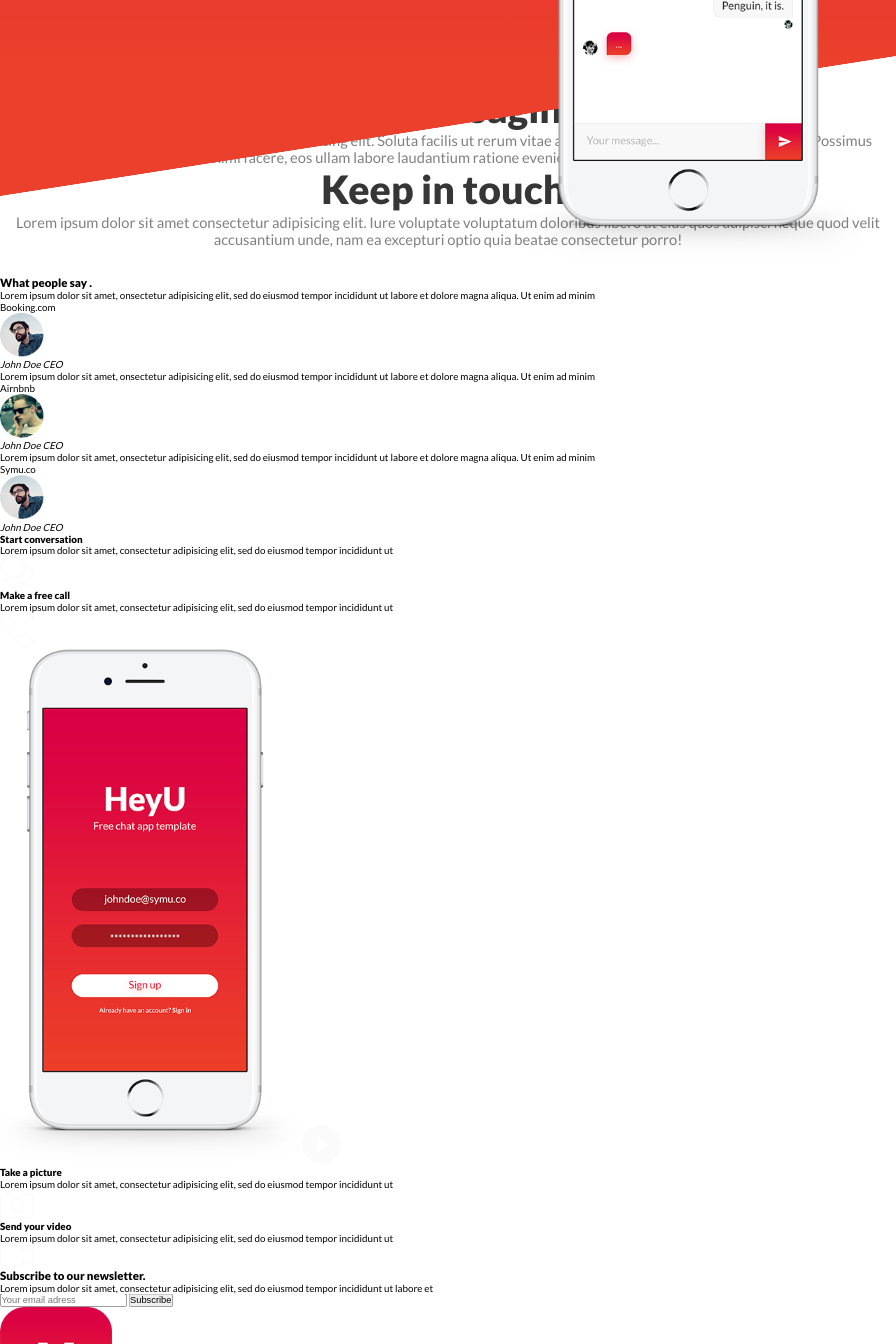
Repository: baumanmilosz/heyu
Page: index.html
An editor plug-in stored every save of this project. The page is shown before and after the next save, followed by the edit.
The browser window is 1280 px wide. The pictures show the part of the page from y = 830 to 2750 px (the page is 3046 px tall before and 3076 px after), at 70% of full size.
Some web libraries are served in a nearby version. The style sheet was rebuilt from its Sass, Less or Tailwind sources for each picture, by a compiler version that may differ from the author's.

Above is the page before, as saved 2019-04-12 15:08:43.

### index.html
<!DOCTYPE html>
<html lang="en">

<head>
  <meta charset="UTF-8">
  <meta name="viewport" content="width=device-width, initial-scale=1.0">
  <meta http-equiv="X-UA-Compatible" content="ie=edge">
  <title>HeyU Landing Page</title>
  <link rel="stylesheet" href="https://use.fontawesome.com/releases/v5.8.1/css/all.css"
    integrity="sha384-50oBUHEmvpQ+1lW4y57PTFmhCaXp0ML5d60M1M7uH2+nqUivzIebhndOJK28anvf" crossorigin="anonymous">
  <link href="https://fonts.googleapis.com/css?family=Lato:400,900" rel="stylesheet">
  <link rel="stylesheet" href="./src/css/style.css">

</head>

<body>
  <header class="page-header">
    <nav class="page-nav">
      <h1 class="page-nav__title"><a class="page-nav__link" href="">HeyU</a></h1>
      <button type="button" class="page-nav__btn" href=""><i class="page-nav__icon fas fa-bars"></i></button>
      <ul class="page-nav__list">
        <li class="page-nav__item"><a class="page-nav__link" href="">About</a></li>
        <li class="page-nav__item"><a class="page-nav__link" href="">Faq</a></li>
        <li class="page-nav__item"><a class="page-nav__link" href="">Support</a></li>
        <li class="page-nav__item"><a class="page-nav__link" href="">Blog</a></li>
      </ul>
    </nav>
    <div class="page-hero">
      <div class="slogan">
        <h2 class="page-hero__title">Simple, safe <span class="page-hero__linebreak"> & beautiful.</span></h2>
        <p class="page-hero__description">With <span class="page-hero__highlight">HeyU</span>, you'll get fast, simple,
          secure messaging!</p>
        <button class="page-hero__btn"><span class="page-hero__text">Download now</span></button>
      </div>
      <div class="picture-wrapper">
        <img class="picture" src="./assets/phone.png" alt="">
      </div>
    </div>
  </header>
  <section class="app-description">
    <div class="wrapper">
      <div class="app-feature">
        <div class="feature-img-wrapper">
          <img class="messages-img" src="./assets/messages.png" alt="">
          <img class="converstion-img" src="./assets/conversation.png" alt="">
        </div>
        <div class="app-feature-description">
          <h3 class="app-feature__title">Easy Messaging<span class="dot">.</span></h3>
          <p class="app-feature__text">Lorem ipsum dolor sit amet consectetur adipisicing elit. Soluta facilis ut rerum
            vitae at blanditiis dolore ratione quam labore. Possimus animi facere, eos ullam labore laudantium ratione
            eveniet neque assumenda.</p>
        </div>
      </div>
      <div class="app-feature">
        <div class="feature-img-wrapper">
          <img class="contact-img" src="./assets/contacts.png" alt="">
          <img class="group-img" src="./assets/groups.png" alt="">
        </div>
        <div class="app-feature-description">
          <h3 class="app-feature__title">Keep in touch<span class="dot">.</span></h3>
          <p class="app-feature__text">Lorem ipsum dolor sit amet consectetur adipisicing elit. Iure voluptate
            voluptatum doloribus libero at eius quos adipisci neque quod velit accusantium unde, nam ea excepturi optio
            quia beatae consectetur porro!</p>
        </div>
      </div>
    </div>
  </section>
  <section class="reviews">
    <div class="wrapper">
      <h3 class="reviews-title">What people say <span class="dot">.</span></h3>
      <div class="reviews-wrapper">
        <div class="comment-box">
          <blockquote class="comment">
            <p class="comment__text">Lorem ipsum dolor sit amet, onsectetur adipisicing elit, sed do eiusmod tempor
              incididunt ut labore et dolore magna aliqua. Ut enim ad minim
            </p>
            <p class="topic">Booking.com</p>
          </blockquote>
          <cite class="author">
            <div class="avatar">
              <img src="./assets/avatar1.png" alt="User">
              <p class="avatar_name">John Doe <span class="avatar_profession">CEO</span></p>
            </div>
          </cite>
        </div>
        <div class="comment-box">
          <blockquote class="comment">
            <p class="comment__text">Lorem ipsum dolor sit amet, onsectetur adipisicing elit, sed do eiusmod tempor
              incididunt ut labore et dolore magna aliqua. Ut enim ad minim</p>
            <p class="comment__company">Airnbnb</p>
          </blockquote>
          <cite class="author">
            <div class="avatar">
              <img src="./assets/avatar2.png" alt="User">
              <p class="avatar_name">John Doe <span class="avatar_profession">CEO</span></p>
            </div>
          </cite>
        </div>
        <div class="comment-box">
          <blockquote class="comment">
            <p class="comment__text">Lorem ipsum dolor sit amet, onsectetur adipisicing elit, sed do eiusmod tempor
              incididunt ut labore et dolore magna aliqua. Ut enim ad minim</p>
            <p class="comment__company">Symu.co</p>
          </blockquote>
          <cite class="author">
            <div class="avatar">
              <img src="./assets/avatar1.png" alt="User">
              <p class="avatar_name">John Doe <span class="avatar_profession">CEO</span></p>
            </div>
          </cite>
        </div>
      </div>
    </div>
  </section>
  <section class="overview">
    <div class="wrapper">
      <div class="feature">
        <h4 class="feature__title">Start conversation</h4>
        <p class="feature__description">Lorem ipsum dolor sit amet, consectetur adipisicing elit, sed do eiusmod tempor
          incididunt ut</p>
        <img class="feature__icon" src="./assets/message-icon.png" alt="">
      </div>
      <div class="feature">
        <h4 class="feature__title">Make a free call</h4>
        <p class="feature__description">Lorem ipsum dolor sit amet, consectetur adipisicing elit, sed do eiusmod tempor
          incididunt ut</p>
        <img class="feature__icon" src="./assets/phone-icon.png" alt="">
      </div>
      <div class="phone-wrapper">
        <img class="phone" src="./assets/phone-gradient.png" alt="">
        <img class="play-icon" src="./assets/play-icon.png" alt="">
      </div>
      <div class="feature">
        <h4 class="feature__title">Take a picture</h4>
        <p class="feature__description">Lorem ipsum dolor sit amet, consectetur adipisicing elit, sed do eiusmod tempor
          incididunt ut</p>
        <img class="feature__icon" src="./assets/camera-icon.png" alt="">
      </div>
      <div class="feature">
        <h4 class="feature__title">Send your video</h4>
        <p class="feature__description">Lorem ipsum dolor sit amet, consectetur adipisicing elit, sed do eiusmod tempor
          incididunt ut</p>
        <img class="feature__icon" src="./assets/video-icon.png" alt="">
      </div>
    </div>
  </section>
  <section class="newsletter">
    <div class="wrapper">
      <h3 class="newsletter__title">Subscribe to our newsletter<span class="dot">.</span></h3>
      <p class="newsletter__text">Lorem ipsum dolor sit amet, consectetur adipisicing elit, sed do eiusmod tempor
        incididunt ut labore et</p>
      <form action="" class="from">
        <input type="text" class="form__input" placeholder="Your email adress">
        <button type="submit" class="form__btn">Subscribe</button>
      </form>
    </div>
  </section>
  <section class="download-app">
    <div class="wrapper">
      <img class="app-logo" src="./assets/app-icon.png" alt="">
      <h3 class="download-app__title">Download the app <span class="dot">.</span></h3>
      <img class="appstore-icon" src="./assets/appstore.png" alt="">
    </div>
  </section>
  <footer class="page-footer">
    <nav class="footer-nav">
      <ul class="footer-nav__list">
        <li class="footer-nav__element"><a class="footer-nav__link" href="">About</a></li>
        <li class="footer-nav__element"><a class="footer-nav__link" href="">Faq</a></li>
        <li class="footer-nav__element"><a class="footer-nav__link" href="">Support</a></li>
        <li class="footer-nav__element"><a class="footer-nav__link" href="">Blog</a></li>
        <li class="footer-nav__element"><a class="footer-nav__link" href="">Download</a></li>
      </ul>
    </nav>
    <form action="" class="footer-form">
      <label for="lang-select">
        <select id="lang-select">
          <option value="English">English</option>
        </select>
      </label>
    </form>
  </footer>

  <script src="./src/js/main.js"></script>
</body>

</html>

### src/js/main.js
const hamburger = document.querySelector('.page-nav__btn');
const nav = document.querySelector('.page-nav');

hamburger.addEventListener('click', () => {
  nav.classList.toggle('opened');
  if (!nav.classList.contains('opened')) {
    nav.style.animation = 'close 1s 1 both ease';

  } else if (nav.classList.contains('opened')) {
    nav.style.animation = 'open 1s 1 both ease';
  }
})

### src/scss/style.scss
@import './variables';
@import './mixins';

:root {
  --closed-nav-height: 36px;
  --opened-nav-height: 246px;
}

* {
  margin: 0;
  padding: 0;
  box-sizing: border-box;
}

// MOBILE
html {
  font-size: 10px;
  font-family: $lato-font-family;
  overflow-x: hidden;

  body {
    overflow-x: hidden;

    .page-header {
      padding: 20px 20px 50px;
      background-image: $main-gradient;


      .page-nav {
        display: grid;
        grid-template-columns: auto auto;
        height: var(--closed-nav-height);

        @keyframes close {
          from {
            height: var(--opened-nav-height);
          }

          to {
            height: var(--closed-nav-height);
          }
        }

        .page-nav__title {
          font-size: 3rem;

          .page-nav__link {
            text-decoration: none;
            color: $white-color;
          }
        }

        .page-nav__btn {
          justify-self: end;
          align-self: center;
          background: none;
          border: none;
          cursor: pointer;

          .page-nav__icon {
            color: $white-color;
            font-size: 3.5rem;
          }
        }

        .page-nav__list {
          grid-column: 1/-1;
          display: grid;
          grid-template-rows: repeat(4, 50px);
          margin-top: 10px;
          list-style: none;
          overflow: hidden;

          .page-nav__item {
            display: grid;

            .page-nav__link {
              width: 100%;
              align-self: stretch;
              display: grid;
              align-items: center;
              justify-items: center;
              font-size: 1.6rem;
              color: $white-color;
              text-decoration: none;
              text-transform: uppercase;
              border-bottom: 1px solid $white-color;
            }
          }
        }
      }

      .page-nav.opened {}

      @keyframes open {
        from {
          height: var(--closed-nav-height);
        }

        to {
          height: var(--opened-nav-height);
        }
      }

      .page-nav.opened .page-nav__list {
        display: grid;
      }

      .page-hero {
        text-align: center;
        color: $white-color;

        .slogan {

          .page-hero__title {
            padding: 40px 0;
            font-size: 3rem;
            letter-spacing: $h2-letter-spacing;

            .page-hero__linebreak {
              display: block;
            }
          }

          .page-hero__description {
            margin: 0 0 30px 0;
            font-size: 1.5rem;
            line-height: 2rem;

            .page-hero__highlight {
              font-weight: bold
            }
          }

          .page-hero__btn {
            padding: 15px 32.5px;
            background-color: $white-color;
            border: none;
            border-radius: $form-radius;
            font-size: 1.8rem;
            font-weight: $btn-weight;
            cursor: pointer;


            .page-hero__text {
              -webkit-background-clip: text;
              -webkit-text-fill-color: transparent;
              background-image: $main-gradient;
            }
          }
        }

        .picture-wrapper {
          display: none;
        }
      }
    }

    .app-description {
      // background: red;
      padding: 40px 10px;

      .wrapper {
        .app-feature {
          .feature-img-wrapper {
            display: none;

            .messages-img {}
          }

          .app-feature-description {
            text-align: center;

            &:first-child {
              margin-bottom: 50px;
            }

            .app-feature__title {
              font-size: 4rem;
              color: $headers-color;
              font-weight: bold;
            }

            .app-feature__text {
              font-size: 1.5rem;
              color: $text-color;
            }
          }
        }
      }
    }
  }
}

@media (min-width: 736px) {
  html {
    font-size: 12px;
  }
}

@media (min-width: 1024px) {
  html {
    font-size: 14px;

    body {

      .page-header {
        padding: 50px 50px 0;

        .page-nav {
          display: flex;
          justify-content: space-between;
          animation: none;

          .page-nav__title {

            .page-nav__link {}
          }

          .page-nav__btn {
            display: none;

            .page-nav__icon {}
          }

          .page-nav__list {
            display: flex;
            margin-top: 0;

            .page-nav__item {
              position: relative;
              margin-left: 50px;

              &:hover:before {
                content: '';
                display: block;
                width: 100%;
                height: 2px;
                background-color: #fff;
                @include center();
                animation: line .3s 1 both ease;
              }

              @keyframes line {
                from {
                  width: 0;
                }

                to {
                  width: 100%;
                }
              }

              .page-nav__link {
                border-bottom: none;
              }
            }
          }
        }

        .page-nav.opened {}

        .page-nav.opened .page-nav__list {}

        .page-hero {
          max-width: 1600px;
          @include margin-auto;
          display: flex;
          justify-content: space-between;
          align-items: flex-start;
          // background-color: red;

          .slogan {
            text-align: left;
            align-self: center;

            .page-hero__title {
              font-size: 4rem;
            }

            .page-hero__description {
              font-size: 1.6rem;
              margin-bottom: 60px;
            }

            .page-hero__btn {
              .page-hero__text {}
            }
          }

          .picture-wrapper {
            display: block;
            position: relative;
            top: 300px;
            z-index: 1;
          }

        }
      }

      .app-description {
        position: relative;

        &::before {
          content: '';
          display: block;
          position: absolute;
          left: 0;
          top: 0;
          width: 100%;
          height: 200px;
          background-image: linear-gradient(to right bottom, #eb402c 49.9%, transparent 50.1%);
        }
      }
    }
  }
}

@media (min-width: 1920px) {
  html {

    body {

      .page-header {

        .page-nav {
          .page-nav__title {
            .page-nav__link {}
          }

          .page-nav__btn {


            .page-nav__icon {}
          }

          .page-nav__list {


            .page-nav__item {


              &:hover:before {}

              .page-nav__link {}
            }
          }
        }

        .page-nav.opened {}

        .page-nav.opened .page-nav__list {}

        .page-hero {

          .slogan {
            .page-hero__title {
              font-size: 6rem;
            }

            .page-hero__description {
              font-size: 2.4rem;
              margin-bottom: 120px;
            }

            .page-hero__btn {
              .page-hero__text {}
            }
          }

          .picture-wrapper {}

        }
      }
    }
  }
}

### src/scss/_variables.scss
$white-color: #fff;
$headers-color: #363636;
$text-color: #808080;
$btn-weight: bold;
$line-color: #e0e0e0;
$main-gradient: linear-gradient(#d90647, #eb402c);
$avatar-subtext-color: #667386;
$icon-color: #fbfbfb;
$rectangle-color: #232323;
$form-radius: 35px;
$app-icon-shadow: 10px 10px 30px 0 $main-gradient;
$review-box-shadow: 30px 30px 60px 0 $headers-color;
$input-bg: #f8f8f8;

$lato-font-family: 'Lato',
sans-serif;
$header-size: 60px;
$paragraph-size: 18px;
$avatar-caption: 16px;
$section-paragraph-size: 16px;
$section-header-size: 24px;

$page-margin-top: 40px;
$page-margin-bottom: 25px;
$page-margin-horizontal: 50px;

$nav-margin-left: 50px;
$h2-letter-spacing: 2px;
$h2-margin-bottom: 40px;

$header-btn-padding: 20px 50px;
$header-margin-bottom: 65px;

$gradient-section-margin: 85px 90px;
$form-section-vmargin:150px;
$form-margin-top: 70px;

$nav-footer-margin-right: 60px;

### src/scss/_mixins.scss
@mixin margin-auto() {
  margin: 0 auto;
}

@mixin center () {
  position: absolute;
  top: 50%;
  left: 50%;
  transform: translate(-50%, -50%);
}

@mixin gradient($orientation, $start-color, $end-color) {
  background-image: linear-gradient($orientation, $start-color, $end-color);
}

@mixin keyframes($name) {
  @keyframes #{$name} {
    @content;
  }
}

@mixin css-triangle($color, $direction, $main-border-size, $side-border-size) {
  width: 0;
  height: 0;

  @if $direction==down {
    border-left: $size solid transparent;
    border-right: $size solid transparent;
    border-top: $size solid $color;
  }

  @else if $direction==up {
    border-left: $size solid transparent;
    border-right: $size solid transparent;
    border-bottom: $size solid $color;
  }

  @else if $direction==right {
    border-top: $side-border-size solid transparent;
    border-bottom: $side-border-size solid transparent;
    border-left: $main-border-size solid $color;
  }

  @else if $direction==left {
    border-top: $size solid transparent;
    border-bottom: $size solid transparent;
    border-right: $size solid $color;
  }
}

After the next save:
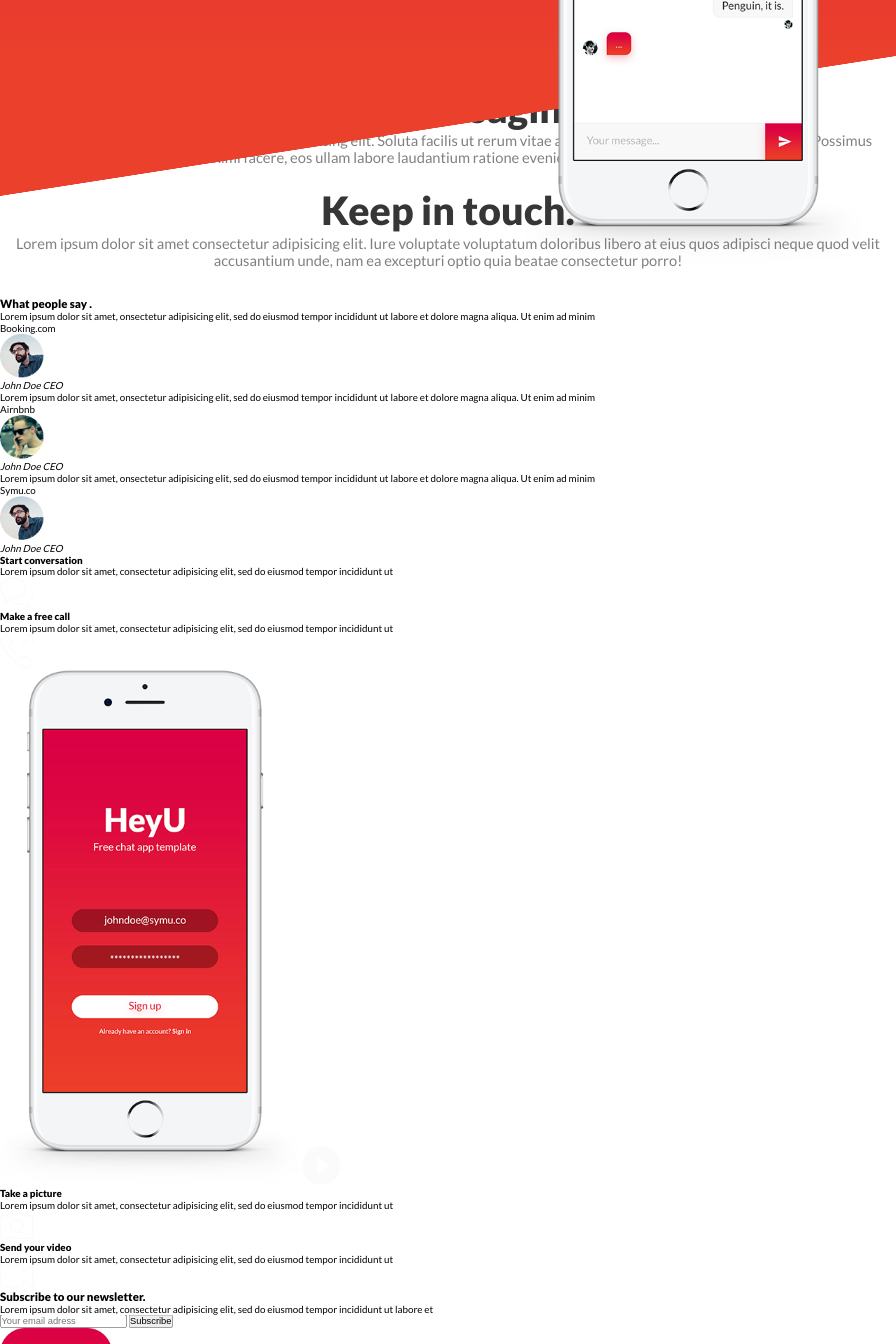
Saved 2 min 10 s later.
--- a/src/scss/style.scss
+++ b/src/scss/style.scss
@@ -162,6 +162,10 @@
 
       .wrapper {
         .app-feature {
+          &:first-child {
+            margin-bottom: 30px;
+          }
+
           .feature-img-wrapper {
             display: none;
 
@@ -170,10 +174,6 @@
 
           .app-feature-description {
             text-align: center;
-
-            &:first-child {
-              margin-bottom: 50px;
-            }
 
             .app-feature__title {
               font-size: 4rem;
@@ -187,6 +187,7 @@
             }
           }
         }
+
       }
     }
   }
